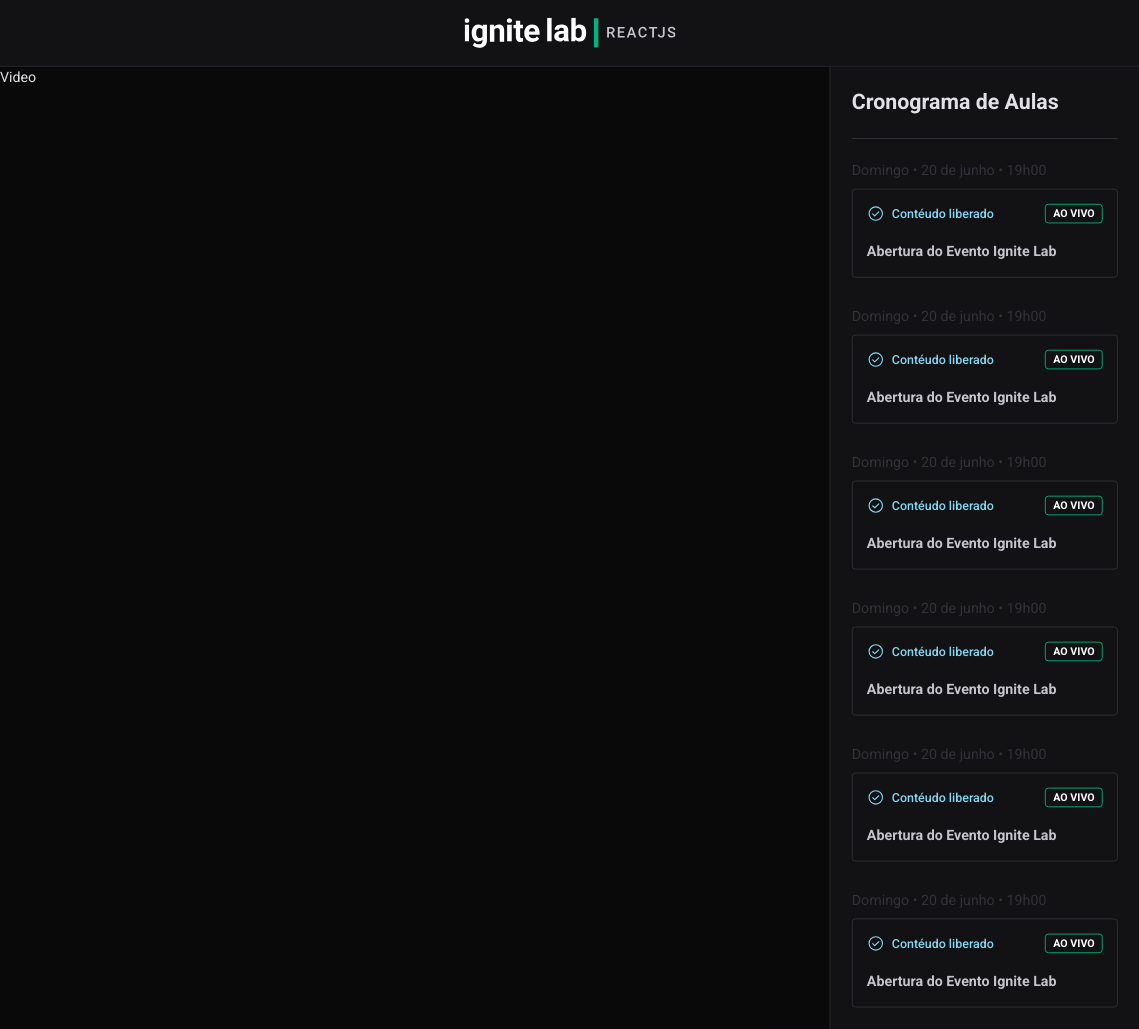
Repository: guilhermecardoso93/ignitelab
Page: /
An editor plug-in stored every save of this project. The page is shown before and after the next save, followed by the edit.
The browser window is 1280 px wide. The pictures show the whole page, at 89% of full size.
The project was rebuilt for these pictures with package versions that can differ from the ones it lists, and the page was loaded fresh each time. Also part of the build but not shown: vite.config.ts.

Above is the page before, as saved 2022-06-23 19:06:52.

After the next save:
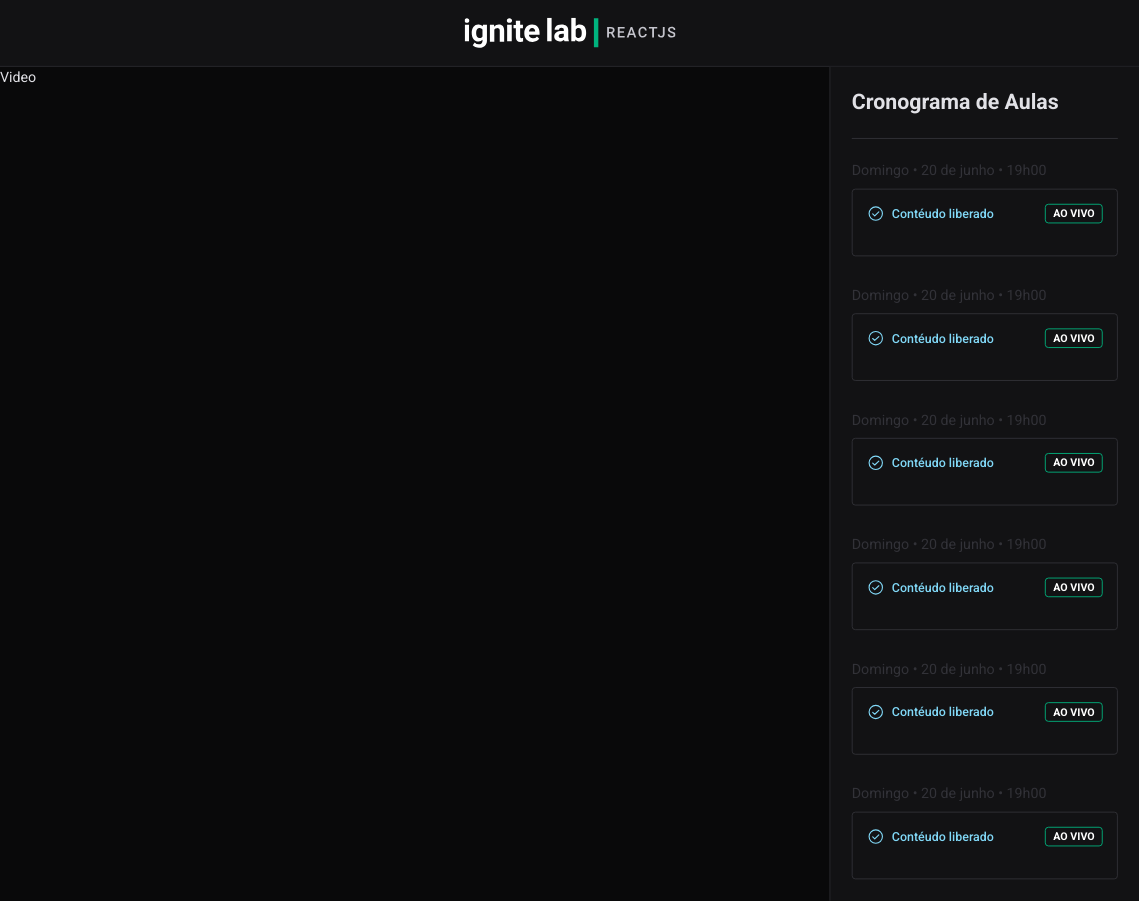
Saved 7 min 20 s later.
--- a/src/components/Lesson/index.tsx
+++ b/src/components/Lesson/index.tsx
@@ -1,6 +1,13 @@
-import { CheckCircle } from 'phosphor-react'
+import { CheckCircle } from "phosphor-react";
 
-export function Lesson() {
+interface LessonProps {
+  title: string;
+  slug: string;
+  availableAt: Date;
+  type: "Live" | "Class";
+}
+
+export function Lesson(props: LessonProps) {
   return (
     <a href="#">
       <span className="text-gray-500">Domingo • 20 de junho • 19h00</span>
@@ -8,7 +15,7 @@
       <div className="rounded border border-gray-500 p-4 mt-2">
         <header className="flex items-center justify-between">
           <span className="text-sm text-blue-500 font-medium flex items-center gap-2">
-            <CheckCircle size={20}/>
+            <CheckCircle size={20} />
             Contéudo liberado{" "}
           </span>
           <span className="text-xs rounded px-2 py-[0.125rem] text-white border border-green-300 font-bold">
@@ -16,7 +23,7 @@
           </span>
         </header>
         <strong className="mt-5 text-gray-200 block">
-          Abertura do Evento Ignite Lab
+          {props.title}
         </strong>
       </div>
     </a>
